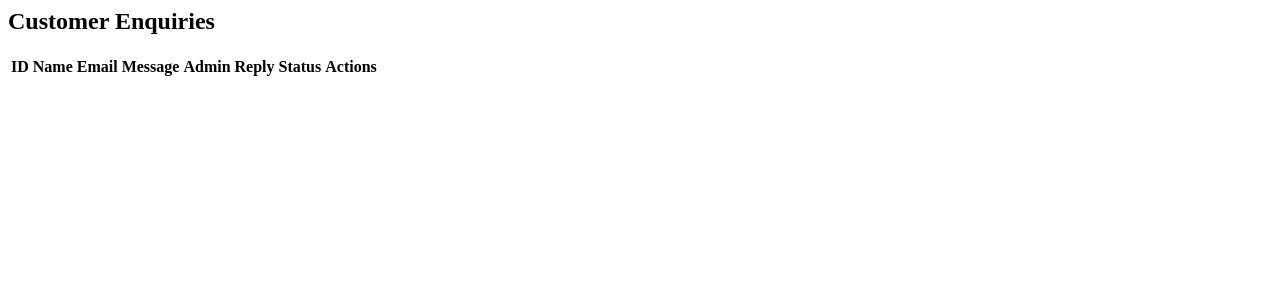
Repository: Kanika0004/CampusStore
Page: admin/enquiries.html
The author's editor kept a copy of each file at every save. The page is drawn from the files as they stood at one save, then again after the next save.
The browser window is 1280 px wide. The pictures show the whole page.

Above is the page before, as saved 2026-03-13 23:59:57.
Console error (its wording comes from the project's code and is left out).

After the next save:
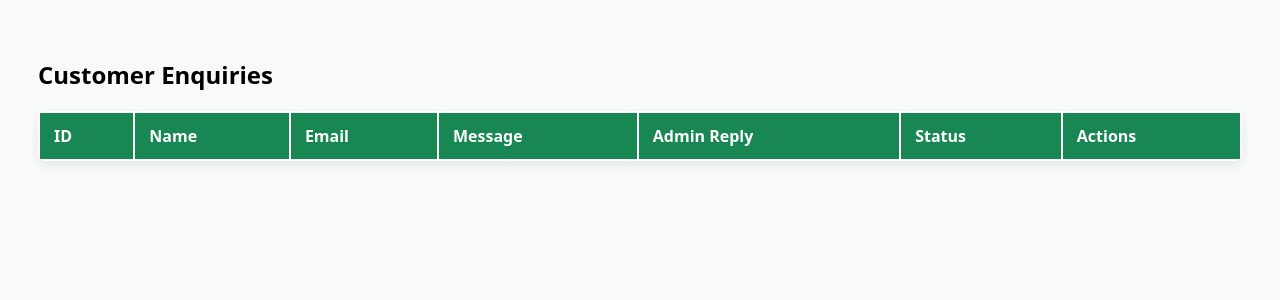
Saved 82 s later.
--- a/admin/enquiries.html
+++ b/admin/enquiries.html
@@ -1,3 +1,62 @@
+<!DOCTYPE html>
+<html>
+<head>
+<title>Customer Enquiries</title>
+
+<style>
+
+body{
+font-family: system-ui, -apple-system, "Segoe UI", Roboto, sans-serif;
+background:#f8f9fa;
+padding:30px;
+}
+
+h2{
+font-weight:700;
+margin-bottom:20px;
+}
+
+table{
+width:100%;
+background:white;
+border-radius:8px;
+overflow:hidden;
+box-shadow:0 4px 12px rgba(0,0,0,0.08);
+}
+
+th{
+background:#198754;
+color:white;
+font-weight:600;
+}
+
+th,td{
+padding:12px 14px;
+text-align:left;
+}
+
+tr:nth-child(even){
+background:#f5f7fa;
+}
+
+button{
+border:none;
+padding:6px 12px;
+border-radius:6px;
+font-size:14px;
+cursor:pointer;
+}
+
+button:hover{
+opacity:0.9;
+}
+
+</style>
+
+</head>
+
+<body>
+
 <h2 class="mb-4 fw-bold">Customer Enquiries</h2>
 
 <table class="table table-striped">
@@ -23,3 +82,6 @@
 <script>
 loadEnquiries()
 </script>
+
+</body>
+</html>
